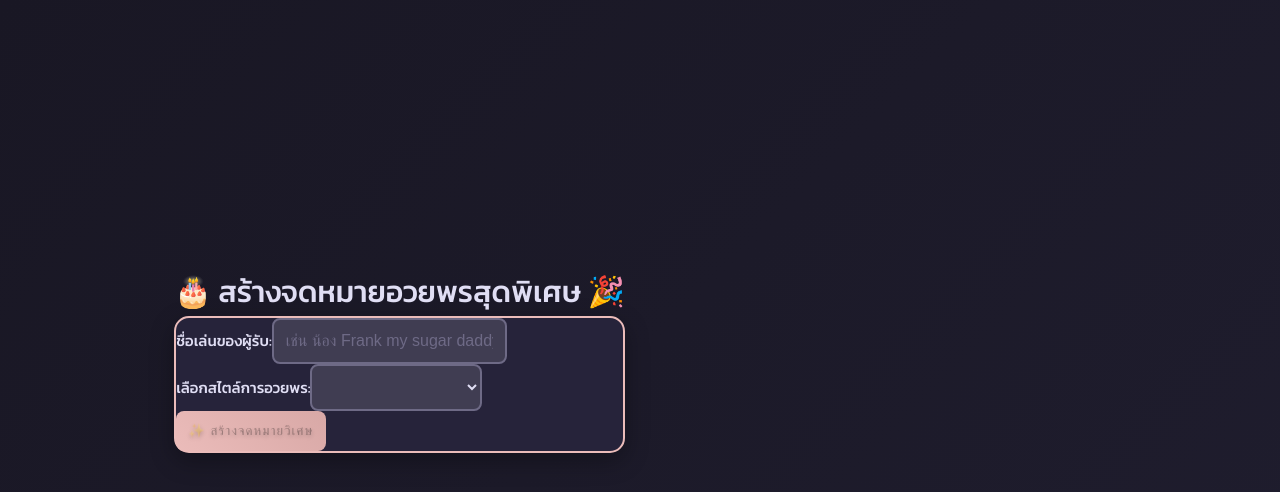
Repository: Jinwoo290350/Word_HBD
Page: /
These files come from the project's save history. The page is drawn as it stood at one moment and after a run of saves; the edit follows.
The browser window is 1280 px wide. The pictures show the whole page.
The project was rebuilt for these pictures with package versions that can differ from the ones it lists, and the page was loaded fresh each time. Also part of the build but not shown: vite.config.js.

Above is the page before, as saved 2025-03-28 22:23:03.

### src/App.vue
<template>
  <div class="container mt-5">
    <h1 class="text-center mb-4">🎂 สร้างจดหมายอวยพรสุดพิเศษ 🎉</h1>
    <div class="card p-4 shadow">
      <div class="mb-3">
        <label class="form-label">ชื่อเล่นของผู้รับ:</label>
        <input
          v-model="nickname"
          type="text"
          class="form-control"
          placeholder="เช่น น้อง Frank my sugar daddy"
        >
      </div>

      <div class="mb-3">
        <label class="form-label">เลือกสไตล์การอวยพร:</label>
        <select v-model="theme" class="form-select">
          <option value="ซิกม่า หมาป่า">🐺 Sigma Wolf</option>
          <option value="ออทิสติก">🧩 ออทิสติก</option>
          <option value="คนดำ พูดจาไม่ดี ชอบเล่นบาส กินไก่ทอดกับแตงโม">👨🏿 Ninja (Maybe)</option>
          <option value="ซักเกอร์แดดดี้">💵 Sugardaddy</option>
          <option value="โรบล็อกซ์">🎮 Roblox</option>
          <option value="อิสลาม">🕌 Islamic</option>
          <option value="คนทั่วไป">😊 ทั่วไป</option>
          <option value="คนเอเชีย ที่ชอบถามว่าเมื่อไรจะเป็นหมอ">เอเชีย</option>
          <option value="คนหยาบคาย">🥰 น่ารักก็เหี้ยละ</option>
        </select>
      </div>

      <button
        @click="generateWishes"
        class="btn btn-primary"
        :disabled="isLoading || !nickname"
      >
        <template v-if="!isLoading">
          ✨ สร้างจดหมายวิเศษ
        </template>
        <template v-else>
          🔮 กำลังวิเคราะห์พลังงานดีๆ...
        </template>
      </button>
    </div>

    <div v-if="result" class="letter-box mt-4 p-4 shadow">
      <div class="envelope-icon">✉️</div>
      <h2 class="text-center mb-3">ถึง {{ nickname }} ที่รัก...</h2>
      <div class="letter-content">{{ result }}</div>
      <button
        @click="copyText"
        class="btn btn-copy"
      >
        📄 คัดลอกข้อความ
      </button>
    </div>
  </div>
</template>

<script>
export default {
  data() {
    return {
      nickname: '',
      theme: 'น่ารักอบอุ่น',
      isLoading: false,
      result: ''
    }
  },
  methods: {
    async generateWishes() {
      this.isLoading = true
      try {
        const prompt = [
          `เขียนข้อความอวยพรวันเกิดให้กับ ${this.nickname} ในสไตล์ ${this.theme}`,
          'รูปแบบจดหมายสั้นๆ 2-3 ย่อหน้า',
          'ใช้ภาษาที่ตรงตามธีมที่เลือก',
          'เพิ่มเอโมจิให้เหมาะสม',
          'ลงท้ายด้วยชื่อเล่นหรือนามปากกาที่สร้างสรรค์'
        ].join('. ')

        const response = await fetch('https://api.opentyphoon.ai/v1/chat/completions', {
          method: 'POST',
          headers: {
            'Content-Type': 'application/json',
            'Authorization': 'Bearer YOUR_API_KEY'
          },
          body: JSON.stringify({
            model: "typhoon-v2-70b-instruct",
            messages: [{ role: "user", content: prompt }]
          })
        })

        if (!response.ok) throw new Error('API Error')

        const data = await response.json()
        this.result = data.choices[0].message.content
      } catch (error) {
        console.error('เกิดข้อผิดพลาด:', error)
        this.result = '🌀 เกิดความผิดพลาดทางจิตมิติ! กรุณาลองเชื่อมต่อพลังงานดีๆ อีกครั้ง...'
      } finally {
        this.isLoading = false
      }
    },
    async copyText() {
      try {
        await navigator.clipboard.writeText(this.result)
        alert('คัดลอกข้อความไปยังคลิปบอร์ดแล้ว! 📋')
      } catch (err) {
        alert('คัดลอกไม่สำเร็จ กรุณาลองใหม่!')
      }
    }
  }
}
</script>

<style>
@import url('https://fonts.googleapis.com/css2?family=Kanit:wght@300;500&display=swap');

body {
  background: linear-gradient(135deg, #191724 0%, #1f1d2e 100%);
  color: #e0def4;
  font-family: 'Kanit', sans-serif;
  min-height: 100vh;
}

.container {
  max-width: 800px;
  padding: 15px;
}

.card {
  background: #26233a;
  border: 2px solid #ebbcba;
  border-radius: 15px;
  transition: transform 0.3s ease;
}

.card:hover {
  transform: translateY(-5px);
}

.form-control, .form-select {
  background: #403d52;
  border: 2px solid #6e6a86;
  color: #e0def4;
  border-radius: 8px;
  padding: 12px;
  font-size: 16px;
}

.form-control::placeholder {
  color: #6e6a86;
}

.btn-primary {
  background: linear-gradient(45deg, #ebbcba, #d8a8a6);
  border: none;
  border-radius: 8px;
  padding: 12px;
  font-weight: 500;
  letter-spacing: 1px;
  text-shadow: 0 2px 4px rgba(0,0,0,0.2);
}

.btn-primary:hover {
  background: linear-gradient(45deg, #d8a8a6, #c69593);
}

.letter-box {
  background: #26233a;
  border: 2px solid #ebbcba;
  border-radius: 15px;
  position: relative;
  overflow: hidden;
}

.letter-box::before {
  content: '';
  position: absolute;
  top: -50%;
  left: -50%;
  width: 200%;
  height: 200%;
  background: linear-gradient(45deg, transparent, rgba(235,188,186,0.1), transparent);
  transform: rotate(45deg);
}

.letter-content {
  white-space: pre-wrap;
  line-height: 1.8;
  font-size: 1.1em;
  position: relative;
  z-index: 1;
}

.btn-copy {
  width: 100%;
  margin-top: 15px;
  background: #403d52;
  color: #ebbcba;
  border: 1px solid #6e6a86;
  transition: all 0.3s ease;
}

.btn-copy:hover {
  background: #504d66;
  transform: scale(1.02);
}

@media (max-width: 576px) {
  .container {
    padding: 10px;
  }

  .form-control, .form-select {
    font-size: 14px;
    padding: 10px;
  }

  .btn-primary {
    font-size: 14px;
    padding: 10px;
  }

  .letter-content {
    font-size: 15px;
  }
}

.envelope-icon {
  animation: float 3s ease-in-out infinite;
}

@keyframes float {
  0%, 100% { transform: translateY(0); }
  50% { transform: translateY(-10px); }
}

.shadow {
  box-shadow: 0 8px 24px rgba(0,0,0,0.3);
}
</style>

Loaded but not shown: index.html (common file); src/main.js (common file); src/assets/main.css (common file); src/assets/base.css (common file)

After the next 2 saves:
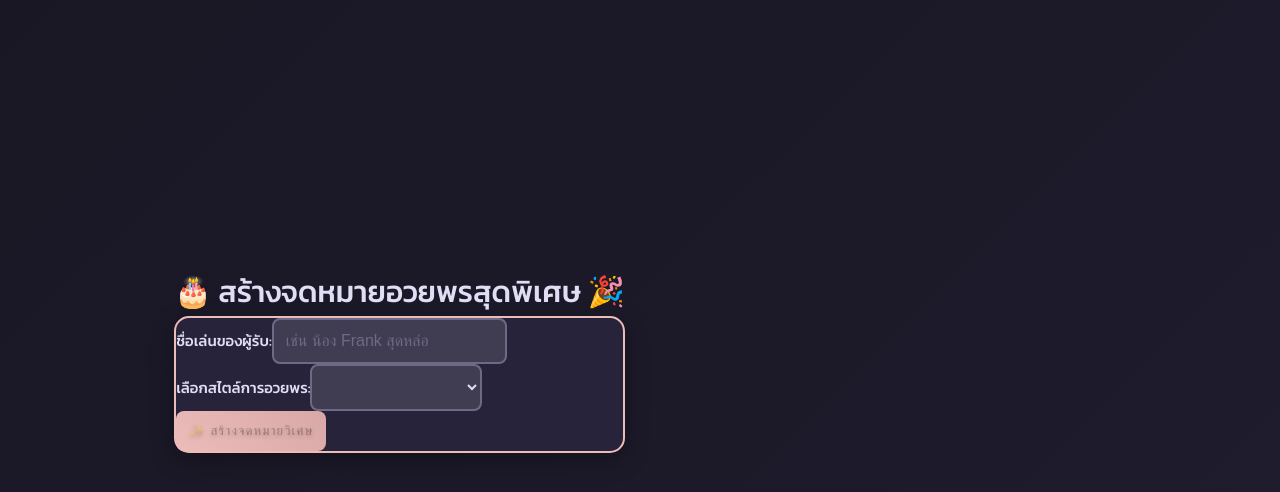
The 2 saves are shown as one change because they came seconds apart.
The last was saved 17 s later.
--- a/src/App.vue
+++ b/src/App.vue
@@ -8,7 +8,7 @@
           v-model="nickname"
           type="text"
           class="form-control"
-          placeholder="เช่น น้อง Frank my sugar daddy"
+          placeholder="เช่น น้อง Frank สุดหล่อ"
         >
       </div>
 
